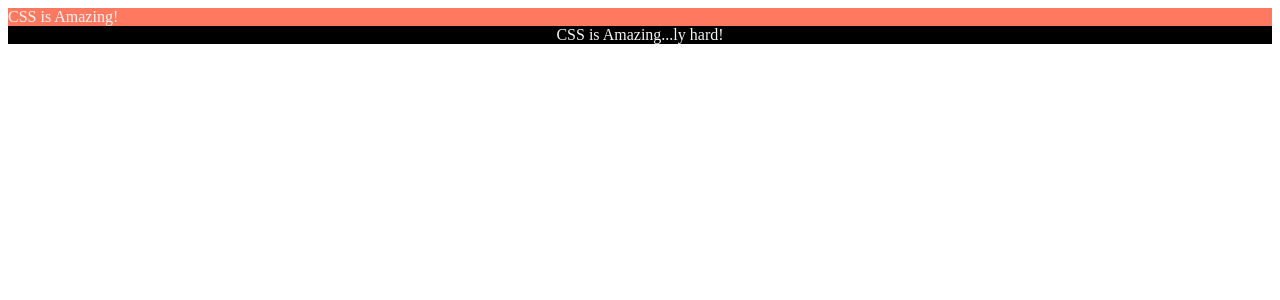
Repository: sammkrt/saltPrecourse
Page: css-trainingGround/cssInHead.html
These files come from the project's save history. The page is drawn as it stood at one moment and after the next save; the edit follows.
The browser window is 1280 px wide. The pictures show the whole page.

Above is the page before, as saved 2022-12-22 10:00:16.

After the next save:
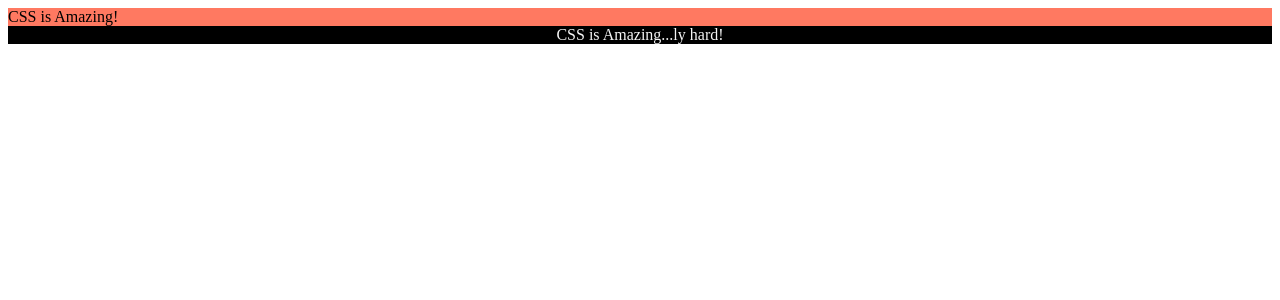
Saved 3 min 22 s later.
--- a/css-trainingGround/cssInHead.html
+++ b/css-trainingGround/cssInHead.html
@@ -13,7 +13,7 @@
         }
         .positive {
             background-color: #ff7961;
-            color: whitesmoke;
+            color: black;
         }
     </style>
 </head>
